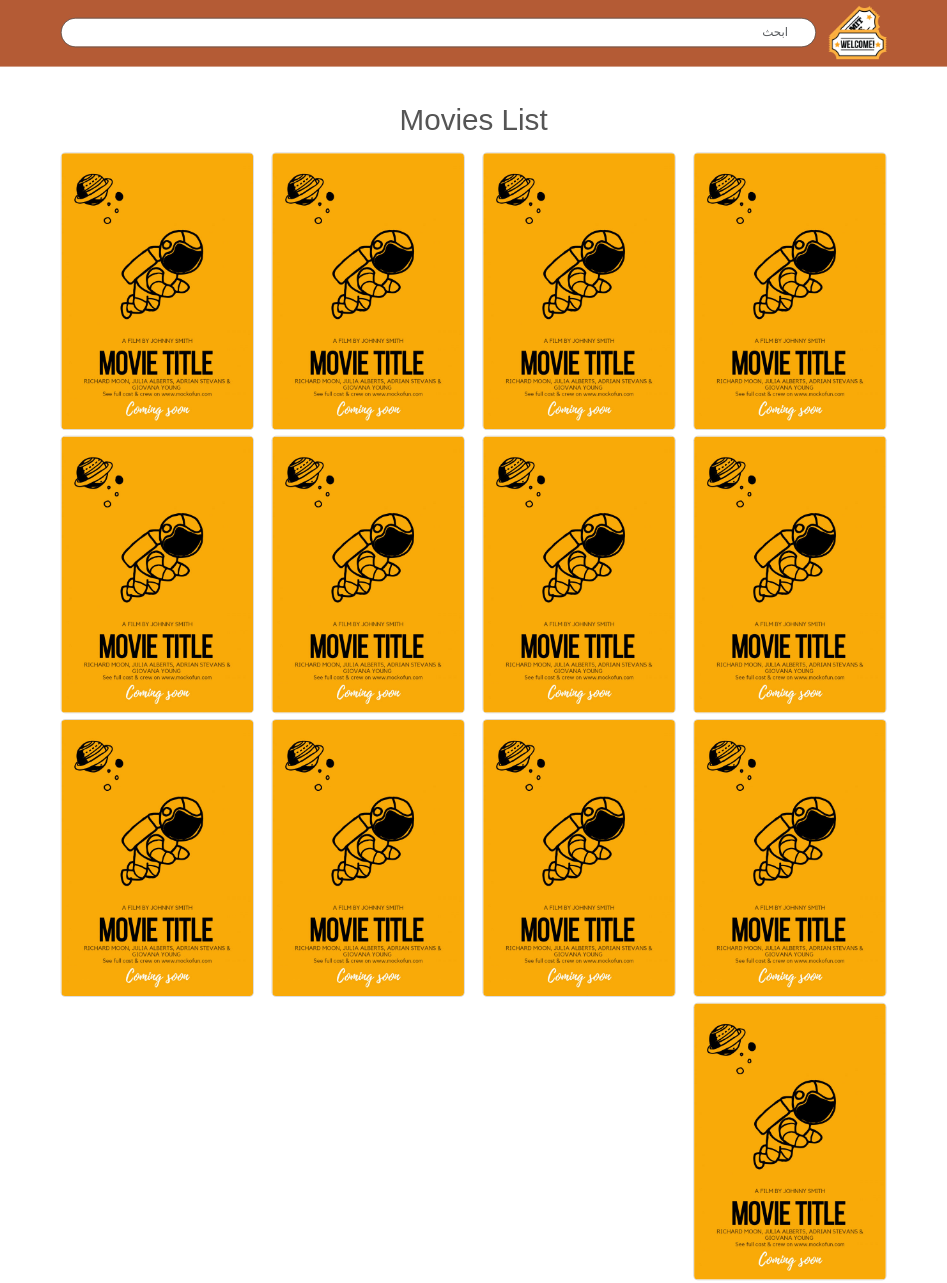
Repository: kerlos-alfy/Movie-List
Page: /
These files come from the project's save history. The page is drawn as it stood at one moment and after the next save; the edit follows.
The browser window is 1280 px wide. The pictures show the whole page, at 74% of full size.
The page's requests for data from a server got no answer. The project was rebuilt for these pictures with package versions that can differ from the ones it lists, and the page was loaded fresh each time. No one was signed in, and anything a server would have sent is missing. Also part of the build but not shown: vite.config.js, src/App.css.

Above is the page before, as saved 2025-01-16 01:19:42.

### index.html
<!DOCTYPE html>
<html lang="ar" dir="rtl">
	<head>
		<meta charset="UTF-8" />
		<link rel="icon" type="image/svg+xml" href="https://www.svgrepo.com/show/289436/movies-clapperboard.svg" />
		<link
			rel="stylesheet"
			href="https://cdn.jsdelivr.net/npm/bootstrap@5.3.3/dist/css/bootstrap.min.css"
			integrity="sha384-QWTKZyjpPEjISv5WaRU9OFeRpok6YctnYmDr5pNlyT2bRjXh0JMhjY6hW+ALEwIH"
			crossorigin="anonymous" />
		<meta name="viewport" content="width=device-width, initial-scale=1.0" />
		<title>Movies List</title>
	</head>
	<body>
		<div id="root"></div>
		<script type="module" src="/src/main.jsx"></script>
	</body>
</html>

### src/index.css
/* المتغيرات العامة */
:root {
	--background-color: white;
	--text-color: #555555;
	--primary-color: #b45b35;
	--card-background: #f8f8f8;
	--overlay-background: #393839;
}

/* الوضع الداكن */
.dark-mode {
	--background-color: #121212;
	--text-color: #f0f0f0;
	--primary-color: #ff6f61;
	--card-background: #1e1e1e;
	--overlay-background: #333333;
}

/* أنماط عامة */
body {
	margin: 0;
	background-color: var(--background-color);
	color: var(--text-color);
}

.color-body {
	background-color: var(--background-color);
	height: 100vh;
}

.nav-style {
	height: 90px;
	width: 1440px;
	background-color: var(--primary-color);
}

.logo {
	height: 72px;
	width: 78px;
}

.search {
	position: relative;
}

.search input {
	height: 40px;
	text-indent: 25px;
	border-radius: 20px;
	border: 1px solid var(--text-color);
	background-color: var(--background-color);
	color: var(--text-color);
}

.search input:focus {
	box-shadow: none;
	border: 2px solid var(--primary-color);
}

.search .fa-search {
	position: absolute;
	top: 12px;
	left: 16px;
	color: var(--text-color);
}

.card {
	position: relative;
	transition: all 0.5s ease-in;
	cursor: pointer;
	height: 375px;
}

.card__image {
	display: block;
	width: 100%;
	height: 100%;
	border-radius: 5px;
}

.card__overlay {
	position: absolute;
	top: 0;
	bottom: 0;
	left: 0;
	right: 0;
	height: 100%;
	width: 100%;
	opacity: 0;
	visibility: none;
	transition: 0.5s ease;
	background-color: var(--overlay-background);
}

.card:hover .card__overlay {
	opacity: 0.8;
}

.overlay__text {
	color: var(--text-color);
	font-size: 16px;
	font-weight: bold;
	position: absolute;
	top: 50%;
	left: 50%;
	-webkit-transform: translate(-50%, -50%);
	-ms-transform: translate(-50%, -50%);
	transform: translate(-50%, -50%);
}

.font {
	font-family: "Almarai", sans-serif;
	font-family: "Cairo", sans-serif;
}

.color {
	color: var(--primary-color);
	background-color: var(--primary-color);
}

.card-detalis {
	height: 370px;
	border-radius: 20px;
	background-color: var(--card-background);
}

.card-story {
	height: 300px;
	border-radius: 20px;
	background-color: var(--card-background);
}

.img-movie {
	height: 360px;
	padding: 10px;
	border-radius: 20px;
}

.card-text-details {
	color: var(--text-color);
	font-family: Almarai;
	font-size: 28px;
	font-weight: bold;
	letter-spacing: 0;
	line-height: 49px;
}

.card-text-story {
	color: var(--text-color);
	font-family: Almarai;
	font-size: 18px;
	letter-spacing: 0;
	line-height: 32px;
}

.card-text-title {
	color: var(--text-color);
	font-family: Almarai;
	font-size: 36px;
	font-weight: bold;
	letter-spacing: 0;
	line-height: 49px;
}

### src/App.jsx
import "./App.css";
import { Container } from "react-bootstrap";
import NavBar from "./components/NavBar";
import MoviesList from "./components/MoviesList";
import axios from "axios";
function App() {
	const getAllMovies = async () => {
		const res = await axios.get("https://api.themoviedb.org/3/movie/popular?api_key=3ac2c05f95f92e69875f1b70453ca0cd&language=ar&page=1");
		console.log(res);
	};
	getAllMovies();
	return (
		<div className="font color-body">
			<NavBar />
			<Container>
				<h1 className="text-center mt-5">Movies List</h1>
				<MoviesList />
			</Container>
		</div>
	);
}

export default App;

### src/components/NavBar.jsx
import { Container, Row, Col } from "react-bootstrap";
function NavBar() {
	return (
		<div className="nav-style w-100">
			<Container>
				<Row className="pt-2 ">
					<Col xs="2" lg="1">
						<a href="/">
							<img className="logo" src="logo.png" alt="dfs" />
						</a>
					</Col>
					<Col xs="10" lg="11" className=" d-flex align-items-center">
						<div className="search  w-100">
							<i className="fa fa-search"></i>
							<input type="text" className="form-control" placeholder="ابحث" />
						</div>
					</Col>
				</Row>
			</Container>
		</div>
	);
}

export default NavBar;

### src/components/MoviesList.jsx
import { Row } from "react-bootstrap";
import CardMovie from "./CardMovie";
function MoviesList() {
	return (
		<Row className="mt-3">
			<CardMovie />
			<CardMovie />
			<CardMovie />
			<CardMovie />
			<CardMovie />
			<CardMovie />
			<CardMovie />
			<CardMovie />
			<CardMovie />
			<CardMovie />
			<CardMovie />
			<CardMovie />
			<CardMovie />
		</Row>
	);
}

export default MoviesList;

### src/components/CardMovie.jsx
import { Col } from "react-bootstrap";

function CardMovie() {
	return (
		<Col xs="6" sm="6" md="4" lg="3" className="my-1">
			<div className="card">
				<img className="card__image" src="prof.jpg" alt="hu" />
				<div className="card__overlay">
					<div className="overlay__text text-center w-100 p-2">
						<p>اسم الفيلم : </p>
						<p>تاريخ الاصدار:</p>
						<p>عدد المقيمين: </p>
						<p>التقييم: </p>
					</div>
				</div>
			</div>
		</Col>
	);
}

export default CardMovie;

### src/components/DarkModeToggle.jsx
import { useState, useEffect } from "react";
function DarkModeToggle() {
	const [isDarkMode, setIsDarkMode] = useState(() => {
		return localStorage.getItem("dark-mode") === "true" || false;
	});

	useEffect(() => {
		if (isDarkMode) {
			document.body.classList.add("dark-mode");
		} else {
			document.body.classList.remove("dark-mode");
		}
		localStorage.setItem("dark-mode", isDarkMode);
	}, [isDarkMode]);

	return <button onClick={() => setIsDarkMode(!isDarkMode)}>{isDarkMode ? "Light Mode" : "Dark Mode"}</button>;
}

export default DarkModeToggle;

Loaded but not shown: src/main.jsx (common file)

After the next save:
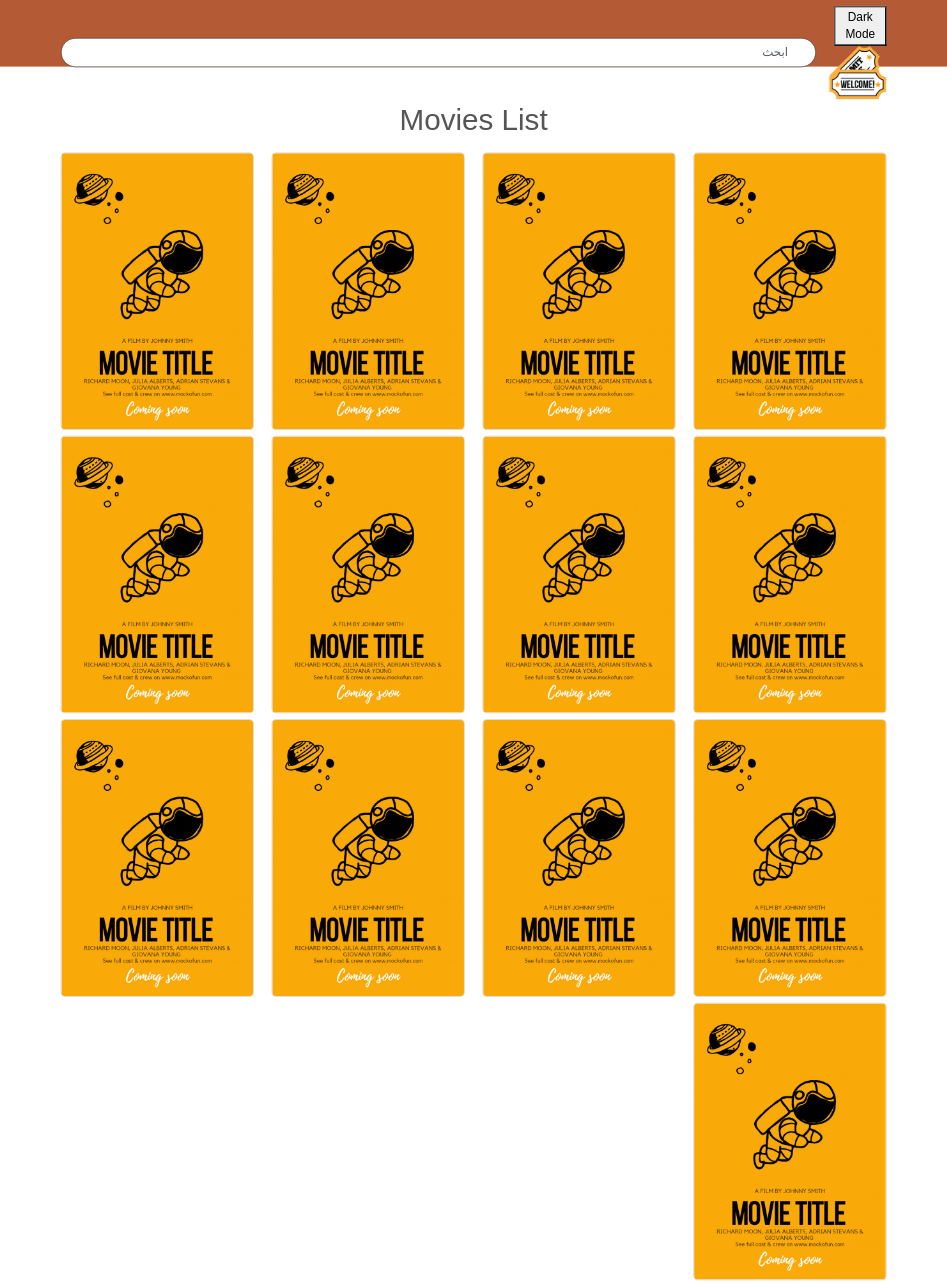
Saved 75 s later.
--- a/src/components/NavBar.jsx
+++ b/src/components/NavBar.jsx
@@ -1,10 +1,12 @@
 import { Container, Row, Col } from "react-bootstrap";
+import DarkModeToggle from "./DarkModeToggle";
 function NavBar() {
 	return (
 		<div className="nav-style w-100">
 			<Container>
 				<Row className="pt-2 ">
 					<Col xs="2" lg="1">
+						<DarkModeToggle />
 						<a href="/">
 							<img className="logo" src="logo.png" alt="dfs" />
 						</a>
